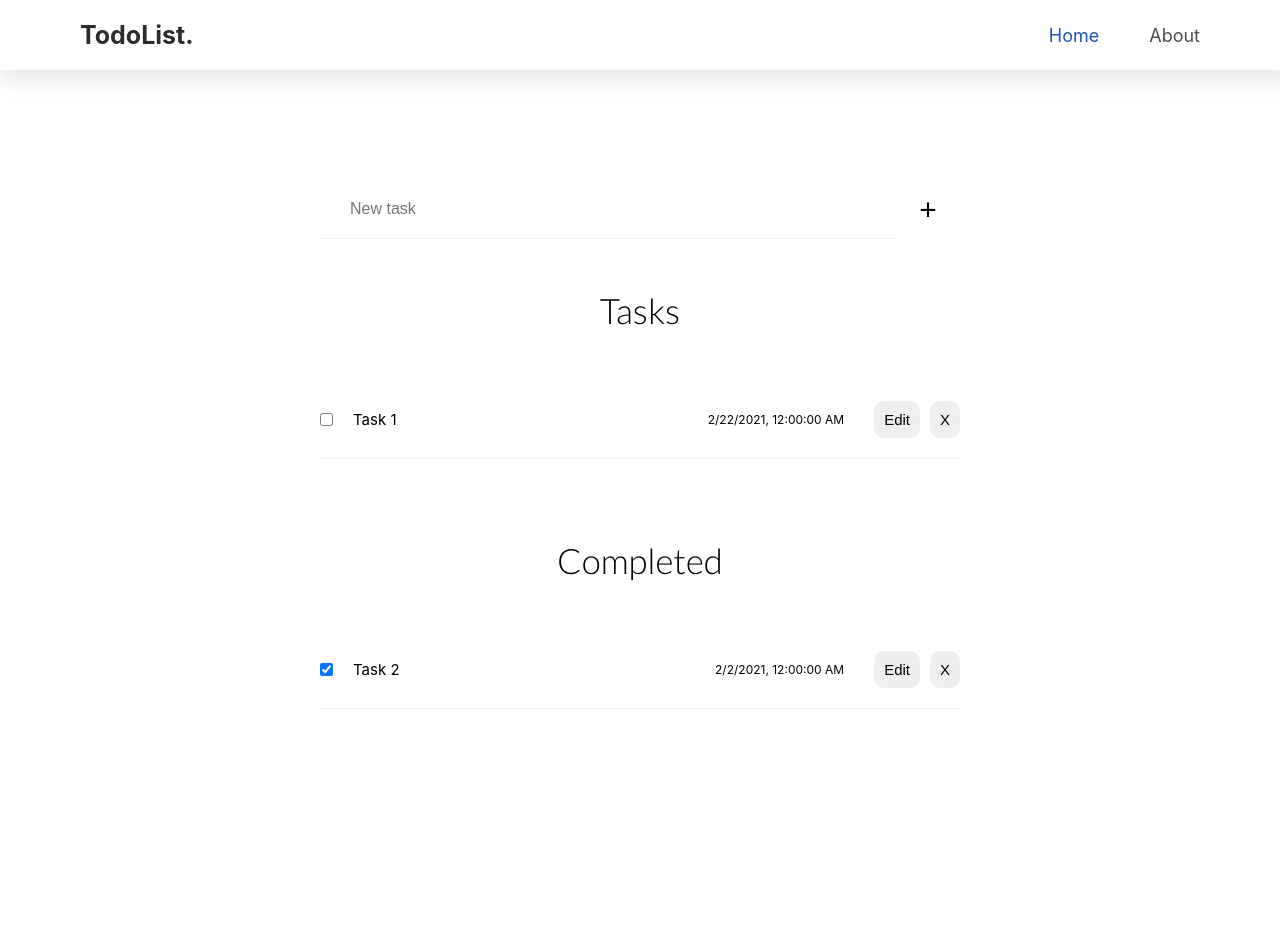
Repository: dqhuy153/react-todoList
Page: /
The author's editor kept a copy of each file at every save. The page is drawn from the files as they stood at one save, then again after the next save.
The browser window is 1280 px wide. The pictures show the whole page.
The project was rebuilt for these pictures with package versions that can differ from the ones it lists, and the page was loaded fresh each time. Also part of the build but not shown: src/components/UI/LoadingSpinner.module.scss.

Above is the page before, as saved 2021-09-16 22:21:03.

### src/App.js
import React, { Suspense } from 'react';
import { Switch, Route } from 'react-router-dom';

import './App.css';
import Layout from './components/layout/Layout';
import LoadingSpinner from './components/UI/LoadingSpinner';

const Home = React.lazy(() => import('./components/pages/Home'));
const About = React.lazy(() => import('./components/pages/About'));

function App() {
  return (
    <Layout>
      <Suspense
        fallback={
          <div className="centered">
            <LoadingSpinner />
          </div>
        }
      >
        <Switch>
          <Route path="/" exact>
            <Home />
          </Route>
          <Route path="/about">
            <About />
          </Route>
          {/* <Route path="/products" exact>
          <Products />
        </Route>
        <Route path="/products/:productId">
          <ProductDetail />
        </Route> */}
        </Switch>
      </Suspense>
    </Layout>
  );
}

export default App;

### src/App.css
@import url('https://fonts.googleapis.com/css2?family=Lato:ital,wght@0,100;0,300;0,400;0,700;0,900;1,100;1,300;1,400;1,700;1,900&display=swap');

* {
  box-sizing: border-box;
  font-size: 62.5%;
  padding: 0;
  margin: 0;
}

.centered {
  margin: 3rem auto;
  text-align: center;
  display: flex;
  justify-content: center;
  align-items: center;
}

### src/components/layout/Layout.js
import React, { Fragment } from 'react';
import AppNavigation from './AppNavigation';

import styles from './Layout.module.scss';

export default function Layout(props) {
  return (
    <Fragment>
      <AppNavigation logoTitle="TodoList." />
      <main className={styles.main}>{props.children}</main>
    </Fragment>
  );
}

### src/components/UI/LoadingSpinner.js
import styles from './LoadingSpinner.module.scss';

const LoadingSpinner = () => {
  return <div className={styles.spinner}></div>;
};

export default LoadingSpinner;

### src/components/pages/Home.js
import { useState } from 'react';
import TodoList from '../todos/TodoList';

import styles from './Home.module.scss';

const initTodoList = [
  {
    id: 1,
    title: 'Task 1',
    date: new Date('2/22/2021'),
    completed: false,
  },
  {
    id: 2,
    title: 'Task 2',
    date: new Date('2/2/2021'),
    completed: true,
  },
];

export default function Home(props) {
  const [todoList, setTodoList] = useState(initTodoList);
  const [newTask, setNewTask] = useState();

  const handleStatusChange = (id) => {
    let updatedTodoList = todoList.map((todo) => {
      if (todo.id === id) {
        todo.completed = !todo.completed;
      }
      return todo;
    });

    setTodoList(updatedTodoList);
  };

  const handleNewTaskChange = (e) => {
    setNewTask(e.target.value);
  };

  const handleAddNew = () => {
    setTodoList((prev) => [
      ...prev,
      {
        id: Math.random(),
        title: newTask,
        date: new Date(),
        completed: false,
      },
    ]);

    setNewTask('');
  };

  return (
    <div className={styles.container}>
      <div className={styles.add}>
        <input
          placeholder="New task"
          value={newTask}
          onChange={handleNewTaskChange}
        />
        <button onClick={handleAddNew}>+</button>
      </div>
      <h1>Tasks</h1>
      <TodoList
        items={todoList.filter((i) => i.completed === false)}
        onStatusChange={handleStatusChange}
      />
      <h1 className={styles['completed-title']}>Completed</h1>
      <TodoList
        items={todoList.filter((i) => i.completed === true)}
        onStatusChange={handleStatusChange}
      />
    </div>
  );
}

### src/components/layout/AppNavigation.js
import React from 'react';
import { NavLink } from 'react-router-dom';

import styles from './AppNavigation.module.scss';

export default function AppNavigation({ logoTitle = 'Demo.', ...props }) {
  return (
    <header className={styles.header}>
      <div className={styles.logo}>{logoTitle}</div>
      <nav>
        <ul>
          <li>
            <NavLink to="/" exact activeClassName={styles.active}>
              Home
            </NavLink>
          </li>
          <li>
            <NavLink to="/about" activeClassName={styles.active}>
              About
            </NavLink>
          </li>
        </ul>
      </nav>
    </header>
  );
}

### src/components/todos/TodoList.js
import React from 'react';
import TodoItem from './TodoItem';

import styles from './TodoList.module.scss';

export default function TodoList({ items, onStatusChange, ...props }) {
  return (
    <ul className={styles.container}>
      {items.map((item) => (
        <li key={item.id}>
          <TodoItem
            id={item.id}
            title={item.title}
            date={item.date}
            completed={item.completed}
            onStatusChange={onStatusChange}
          />
        </li>
      ))}
    </ul>
  );
}

### src/components/pages/Home.module.scss
.container {
  padding: 18rem 0;

  h1 {
    text-align: center;
    font-family: 'Lato', sans-serif;
    font-weight: 300;
    font-size: 3.5rem;
  }

  .completed-title {
    margin-top: 8rem;
  }

  .add {
    text-align: center;
    margin-bottom: 5rem;
    display: flex;
    align-items: center;
    justify-content: center;

    input {
      border: none;
      border-bottom: 1px solid #eee;
      font-size: 1.6rem;
      width: 45%;
      padding: 2rem 3rem;
      outline: none;
    }

    button {
      width: 5%;
      background: none;
      border: none;
      font-size: 3rem;
      font-weight: 100;
      cursor: pointer;
    }
  }
}

### src/components/layout/AppNavigation.module.scss
.header {
  width: 100%;
  height: 7rem;
  display: flex;
  align-items: center;
  justify-content: space-between;
  background-color: #ffffff;
  padding: 0 8rem;
  box-shadow: 5px 5px 20px 5px rgba(0, 0, 0, 0.1);
  position: fixed;
}

.logo {
  font-size: 2.5rem;
  color: rgb(44, 44, 44);
  font-weight: bold;
}

.header ul {
  list-style: none;
  margin: 0;
  padding: 0;
  display: flex;
  align-items: baseline;
}

.header li {
  margin-left: 5rem;
}

.header a {
  text-decoration: none;
  font-size: 1.8rem;
  color: #4b4b4b;
}

.header a:hover,
.header a:active,
.header a.active {
  color: rgb(28, 83, 184);
}

### src/components/todos/TodoItem.js
import styles from './TodoItem.module.scss';

export default function TodoItem({
  id,
  title,
  date,
  completed,
  onStatusChange,
  ...props
}) {
  return (
    <div className={`${styles.container} ${styles.flex}`}>
      <div className={`${styles.task} ${styles.flex}`}>
        <input
          type="checkbox"
          checked={completed}
          onChange={() => onStatusChange(id)}
        />
        <p>{title}</p>
      </div>
      <div className={`${styles.info} ${styles.flex}`}>
        <p className={styles.date}>{date.toLocaleString()}</p>
        <div className={`${styles.buttons} ${styles.flex}`}>
          <button>Edit</button>
          <button>X</button>
        </div>
      </div>
    </div>
  );
}

### src/components/todos/TodoList.module.scss
.container {
  text-align: center;
  width: 50%;
  margin: 5rem auto;
  list-style: none;
}

### src/components/todos/TodoItem.module.scss
.container {
  padding: 2rem 0;
  border-bottom: 1px solid #eee;
}

.task {
  p {
    padding-left: 2rem;
    font-size: 1.5rem;
  }
}

.date {
  font-size: 1.2rem;
  margin-right: 2rem;
}

.buttons {
  button {
    border: none;
    background: #eee;
    font-size: 1.5rem;
    padding: 1rem;
    margin-left: 1rem;
    cursor: pointer;
    border-radius: 10px;
  }
}

.flex {
  display: flex;
  align-items: center;
  justify-content: space-between;
}

Loaded but not shown: public/index.html (common file); src/index.js (common file); src/index.css (common file); src/reportWebVitals.js (common file); src/components/layout/Layout.module.scss (no stored copy; drawn as an empty file)

After the next save:
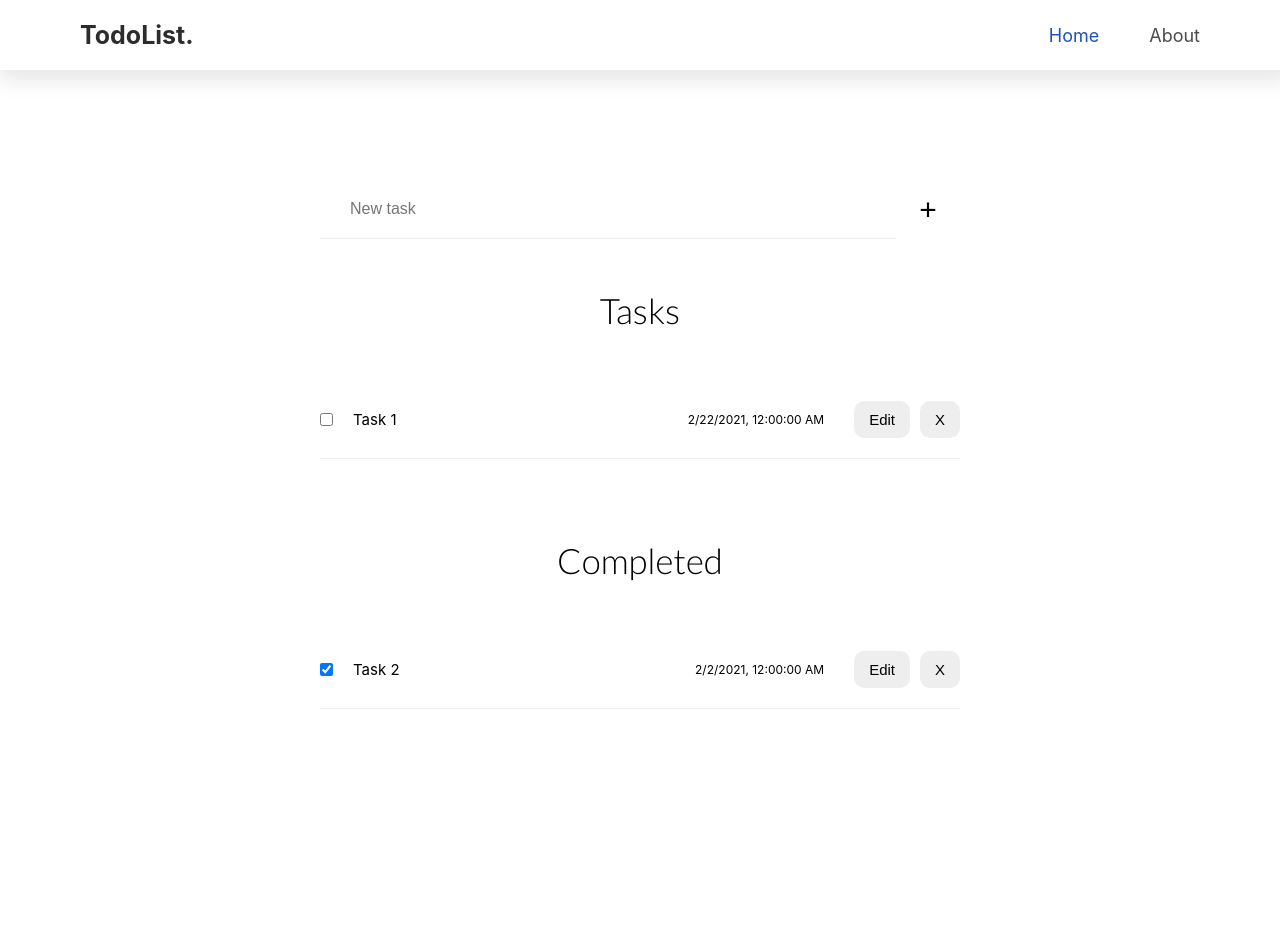
Saved 10 s later.
--- a/src/components/todos/TodoItem.module.scss
+++ b/src/components/todos/TodoItem.module.scss
@@ -20,7 +20,7 @@
     border: none;
     background: #eee;
     font-size: 1.5rem;
-    padding: 1rem;
+    padding: 1rem 1.5rem;
     margin-left: 1rem;
     cursor: pointer;
     border-radius: 10px;
